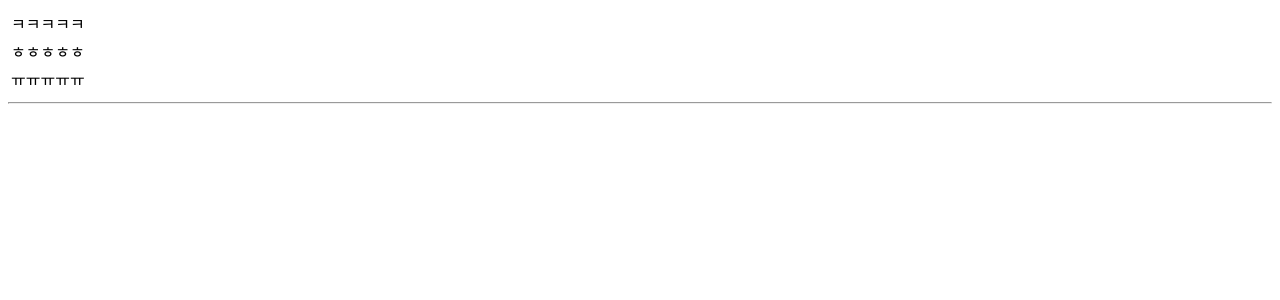
Repository: womss/sexyguy
Page: Spring/Feb13_1_jQuery/WebContent/5_Example.html
These files come from the project's save history. The page is drawn as it stood at one moment and after the next save; the edit follows.
The browser window is 1280 px wide. The pictures show the whole page.

Above is the page before, as saved 2025-02-13 07:41:09.
Console error: SyntaxError: Unexpected end of input

### Spring/Feb13_1_jQuery/WebContent/5_Example.html
<!DOCTYPE html>
<html>
<head>
<meta charset="UTF-8">
<title>Insert title here</title>
<script type="text/javascript" src="jQuery.js"></script>
<script type="text/javascript">
	$(function() {
		// ㅋㅋㅋㅋㅋ => 글자색 : green / 배경색 : red
		// ㅎㅎㅎㅎㅎ => 글자색 : yellow / 배경색 : blue
		// ㅠㅠㅠㅠㅠ => 글자색 : pink / 배경색 : teal

		let arrobj = [
			{color: "green", bgc: "red" },
			{color: "yellow", bgc: "blue" },
			{color: "pink", bgc: "teal" }
			];

		$("td").each(function(i, t) {
			$(t).css("color", arrobj[i].color);
			$(t).css("background-color", arrobj[i].bgc);
		});

		// setInterval()을 이용해서
		// 처음시작사진 ~ 끝사진까지 한장씩 넘겨가면서 보여주기
		// 마지막사진을 출력하면 => 다시 처음부터 시작하게!
		setInterval(() => {
		$.each(function(i, d) {
		let x = "p"+i
		$("img").val(x);
		}, 100)
	});
</script>
</head>
<body>
	<table>
		<tr>
			<td>ㅋㅋㅋㅋㅋ</td>
		</tr>
		<tr>
			<td>ㅎㅎㅎㅎㅎ</td>
		</tr>
		<tr>
			<td>ㅠㅠㅠㅠㅠ</td>
		</tr>
	</table>
	<hr>
	<img>
</body>
</html>

Loaded but not shown: Spring/Feb13_1_jQuery/WebContent/jQuery.js (library)

After the next save:
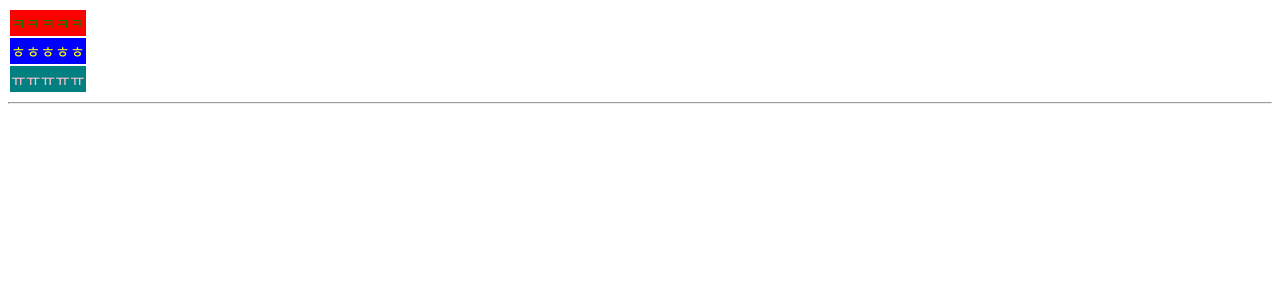
Console error: ReferenceError: x is not defined
Saved 70 s later.
--- a/Spring/Feb13_1_jQuery/WebContent/5_Example.html
+++ b/Spring/Feb13_1_jQuery/WebContent/5_Example.html
@@ -24,11 +24,12 @@
 		// setInterval()을 이용해서
 		// 처음시작사진 ~ 끝사진까지 한장씩 넘겨가면서 보여주기
 		// 마지막사진을 출력하면 => 다시 처음부터 시작하게!
+
+		let i = 0;
 		setInterval(() => {
-		$.each(function(i, d) {
-		let x = "p"+i
+			i++;
 		$("img").val(x);
-		}, 100)
+		}, 500)
 	});
 </script>
 </head>
